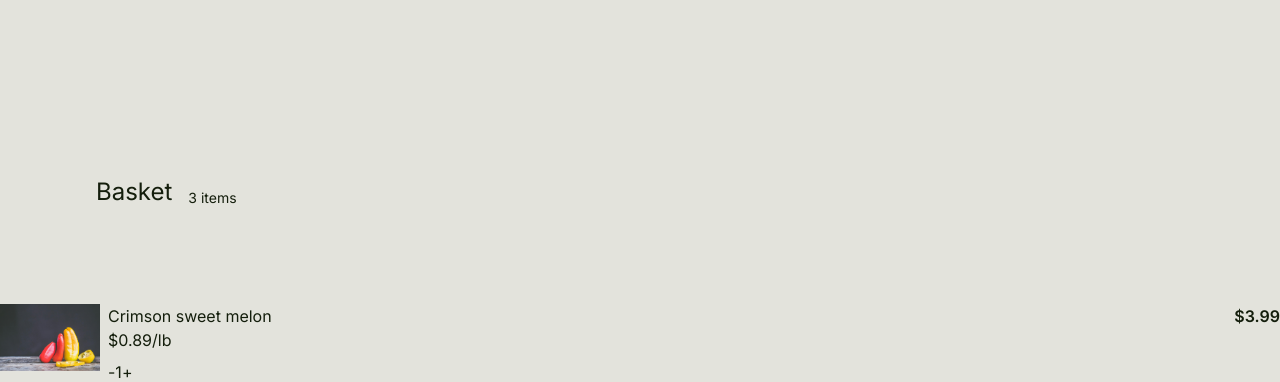
Repository: wswiselife/CSS
Page: / (app in figma-20240618/)
An editor plug-in stored every save of this project. The page is shown before and after the next save, followed by the edit.
The browser window is 1280 px wide. The pictures show the part of the page from y = 1280 to 1846 px (the page is 1662 px tall before and 1846 px after).
Some web fonts or font styles are not loaded; a fallback is used. The project was rebuilt for these pictures with package versions that can differ from the ones it lists, and the page was loaded fresh each time. The framework's server and built-in components were replaced by stand-ins that run in the browser. Also part of the build but not shown: figma-20240618/next.config.mjs, figma-20240618/app/components/navbar/UserItem.tsx.

Above is the page before, as saved 2024-06-19 07:04:32.

### figma-20240618/app/layout.tsx
import type { Metadata } from "next";
import { Inter } from "next/font/google";
import "./globals.css";

import Layout from "./components/Layout";

const inter = Inter({ subsets: ["latin"] });

export const metadata: Metadata = {
  title: "Figma hero clone",
  description: "Figma hero clone",
};

export default function RootLayout({
  children,
}: Readonly<{
  children: React.ReactNode;
}>) {
  return (
    <html lang="en">
      <body className={inter.className}>
        <Layout>
          {children}
        </Layout>
      </body>
    </html>
  );
}

### figma-20240618/app/page.tsx

import Basket from "./components/Basket";
import Hero from "./components/Hero";
import Navbar from "./components/navbar/Navbar";

export default function Home() {
  return (
   <>
     <Navbar />
     <div className="mt-20">
        <Hero />
     </div>
     <Basket />
   </>
  );
}

### figma-20240618/app/globals.css
@import url("https://fonts.googleapis.com/css2?family=Playwrite+US+Trad:wght@100..400&display=swap");

@tailwind base;
@tailwind components;
@tailwind utilities;

:root {
    --primary-color: #476730;

    --font-color: #141e0c;
    --bg-color: #e3e3dc;
}

html {
    color: var(--font-color);
    background-color: var(--bg-color);
}

@layer components {
    .hero-p {
        @apply font-serif text-3xl md:text-5xl lg:text-6xl;
    }

    .hero-span {
        @apply font-sans;
    }
}

### figma-20240618/app/components/Layout.tsx
interface LayoutProps {
    children: React.ReactNode
}

const Layout:React.FC<LayoutProps> = ({children})=>{
    return (
        <div className="h-screen w-screen ">
            <div className="h-full w-full">
                {children}
            </div>
        </div>
    )
}

export default Layout

### figma-20240618/app/components/Basket.tsx
'use client'

import BasketItem from "./BasketItem"
import Button from "./Button"
import Header from "./Header"

const Basket = ()=>{

    const operateContent = (
        <div className="flex justify-center items-center gap-4">
            <Button label="Default" onClick={()=>{}} ></Button>
            <Button label="A-Z" onClick={()=>{}} ></Button>
            <Button label="List view" onClick={()=>{}} ></Button>
        </div>
    )

    return(
        <div className="flex flex-col ">
            <Header title="Basket" desc="3 items"  />

            <div className="flex justify-center items-start">
                <BasketItem title="Crimson sweet melon" price="0.89" unit='lb' />
            </div>
        </div>
    )
}

export default Basket

### figma-20240618/app/components/Hero.tsx
'use client'

import Button from "./Button"

const Hero = ()=>{

    return(
        <div className="">

            {/* first path */}
            <div className="flex flex-col justify-center items-center">
                {/* title */}
                <div className="
                    flex
                    flex-col
                    items-center
                    gap-2
                    md:gap-4
                    lg:gap-8
                    py-12
                    md:py-20
                    lg:py-[121px]
                ">
                    <p className="hero-p">We're <span className="hero-span font-playwrite">farmers,purveyors,</span></p>
                    <p className="hero-p"> and <span className="hero-span font-playwrite">eaters </span>of originically</p>
                    <p className="hero-p">grown food.</p>
                </div>

                <Button label="Browse our shop" onClick={()=>{}} />
            </div>

            {/* image path */}
            <div className="flex flex-row flex-wrap justify-center items-center gap-16 py-20 ">

                <img
                    src="/images/photo4.jpg"
                    alt="photo"
                    className="
                        w-[420px]
                        h-[450px]
                        md:w-[300px]
                        md:h-[380px]
                        lg:w-[400px]
                        lg:h-[580px]
                        rounded-lg
                        object-cover
                "/>

                <div className="
                    relative
                    w-[420px]
                    h-[450px]
                    md:w-[380px]
                    md:h-[300px]
                    lg:w-[520px]
                    lg:h-[400px]
                ">
                    <img
                        src="/images/photo5.jpg"
                        alt="photo"
                        className="
                            rounded-lg
                            object-cover
                        "
                    />
                    <div className="text-sm py-4 md:text-base">

                        <p className="lg:max-w-520px md:max-w-380px max-w-420px">
                            <span className="font-semibold">Central California </span>
                            — The person who grew these was located in Central California and, er, hopefully very well-compensated.
                        </p>
                    </div>
                </div>
            </div>
        </div>
    )
}

export default Hero

### figma-20240618/app/components/navbar/Navbar.tsx
import Logo from './Logo'
import Usermenu from './Usermenu'

const Navbar = ()=>{
    return (
        <div className='fixed top-0 w-full bg-[var(--bg-color)]'>
            <div className="
                flex
                justify-between
                items-center
                px-8
                py-4
                md:px-12
                md:py-8
                lg:px-[111px]
                lg:py-[32px]

            ">
                <Logo />
                <Usermenu />
            </div>
        </div>
    )
}

export default Navbar

### figma-20240618/app/components/BasketItem.tsx
import Image from "next/image";
import { useState } from "react";

interface BasketItemProps {
    title:string;
    price?:string;
    cover?:string;
    unit?:string;
}

const BasketItem:React.FC<BasketItemProps> = ({
    title,
    price,
    cover,
    unit
})=>{

    const [count,setCount] = useState(1)

    return(
        <div className="
            flex
            flex-row
            gap-2
            w-full
        ">
            <div>
                <Image
                    width={100}
                    height={90}
                    alt="photo"
                    src={'/image/photo1.jpg'}
                />
            </div>
            <div className="flex flex-1 flex-col gap-2">

                {/* desc */}
                <div className="flex flex-row justify-between items-start">
                    <div className="flex-1">
                        <p>{title}</p>
                        <p>${price}/{unit}</p>
                    </div>
                    <div className="font-semibold">${3.99}</div>
                </div>

                {/* count */}
                <div className="flex">
                    <span>-</span>
                    <span>{count}</span>
                    <span>+</span>
                </div>

            </div>
        </div>
    )
}

export default BasketItem

### figma-20240618/app/components/Button.tsx
'use client'

import { IconType } from "react-icons";

interface ButtonProps {
    label: string;
    onClick:()=>void
    secondry?:boolean
    disabled?:boolean
    icon?:IconType
}

const Button:React.FC<ButtonProps> = ({
    label,
    onClick,
    secondry,
    disabled,
    icon:Icon
})=>{
    return (
        <button
            onClick={onClick}
            disabled={disabled}
            className={`
                flex
                flex-row
                items-center
                gap-3
                px-6
                py-3
                font-semibold
                disabled:opacity-70
                disabled:cursor-not-allowed
                hover:opacity-80
                ${secondry?'rounded':'rounded-full'}
                ${secondry?'bg-white':'bg-green-800'}
                ${secondry?'text-black':'text-white '}

        `}>
            {label}
            {
                Icon && (<Icon size={20} ></Icon>)
            }
        </button>
    )
}

export default Button

### figma-20240618/app/components/Header.tsx
'use client'
import { ReactNode } from "react";

interface HeaderProps {
    title:string;
    desc?:string;
    operate?:ReactNode
}

const Header:React.FC<HeaderProps> = ({
    title,
    desc,
    operate
})=>{
    return(
        <div className="
            w-full
            flex
            flex-row
            justify-between
            items-center
            p-8
            md:p-16
            lg:p-24
        ">
            {/* header */}
            <div className="
                flex
                items-end
                gap-4

            ">
                <div className="text-2xl flex justify-end items-end">{title}</div>
                <div className="text-sm">{desc}</div>
            </div>

            {/* operate */}
            <div >
                {operate}
            </div>
        </div>
    )
}

export default Header

### figma-20240618/app/components/navbar/Logo.tsx

const Logo = ()=>{
    return(
        <div className="text-xl lg:text-3xl font-bold cursor-pointer">World Peas</div>
    )
}

export default Logo

### figma-20240618/app/components/navbar/Usermenu.tsx
'use client'

import { FiShoppingBag } from "react-icons/fi";
import { IoAppsOutline } from "react-icons/io5";

import useUserMenuModal from "../../hooks/useUserMenu";
import UserItem from "./UserItem";
import Button from "../Button";

const Usermenu = ()=>{

    const userMenuModal = useUserMenuModal()

    const onToggle = ()=>{
        userMenuModal.isOpen?userMenuModal.onClose():userMenuModal.onOpen()
    }

    return(
        <div className="
            flex
            items-center
            gap-4
            md:gap-4
        ">

            {/* desktop */}
            <div className="
                md:flex
                flex-row
                justify-between
                items-center
                md:gap-3
                hidden

            ">
                <div className="p-4 font-semibold text-xl">Shop</div>
                <div className="p-4 font-semibold text-xl">Newstand</div>
                <div className="p-4 font-semibold text-xl">Who we are</div>
            </div>

            {/* basket */}
            <Button label="Basket" onClick={()=>{}} icon={FiShoppingBag} />

            {/* mobile */}
            <div
                onClick={onToggle}
                className="
                    flex
                    justify-center
                    items-center
                    relative
                    p-4
                    cursor-pointer
                    transition
                    md:hidden
            ">
                <IoAppsOutline size={22} />

                {/* menu */}
                {
                    userMenuModal.isOpen && (
                        <div className="
                            absolute
                            top-16
                            right-0
                            w-80
                            bg-white
                            rounded-md
                            transition
                        ">
                            <UserItem onClick={() =>{}} label="shop"/>
                            <UserItem onClick={() =>{}} label="newstand"/>
                            <UserItem onClick={() =>{}} label="who we are"/>
                        </div>
                    )
                }

            </div>


        </div>
    )
}

export default Usermenu

### figma-20240618/app/hooks/useUserMenu.ts
import { create } from "zustand";

interface UserMenuStore {
    isOpen: boolean;
    onOpen: () => void;
    onClose: () => void;
}

const useUserMenuModal = create<UserMenuStore>(set => ({
    isOpen: false,
    onOpen: () => set({ isOpen: true }),
    onClose: () => set({ isOpen: false }),
}));

export default useUserMenuModal;

### figma-20240618/tailwind.config.ts
import type { Config } from "tailwindcss";

const config: Config = {
    content: [
        "./pages/**/*.{js,ts,jsx,tsx,mdx}",
        "./components/**/*.{js,ts,jsx,tsx,mdx}",
        "./app/**/*.{js,ts,jsx,tsx,mdx}",
    ],
    theme: {
        extend: {
            backgroundImage: {
                "gradient-radial": "radial-gradient(var(--tw-gradient-stops))",
                "gradient-conic":
                    "conic-gradient(from 180deg at 50% 50%, var(--tw-gradient-stops))",
            },
            fontFamily: {
                playwrite: ['"Playwrite US Trad"', "cursive"],
            },
        },
    },
    plugins: [],
};
export default config;

After the next save:
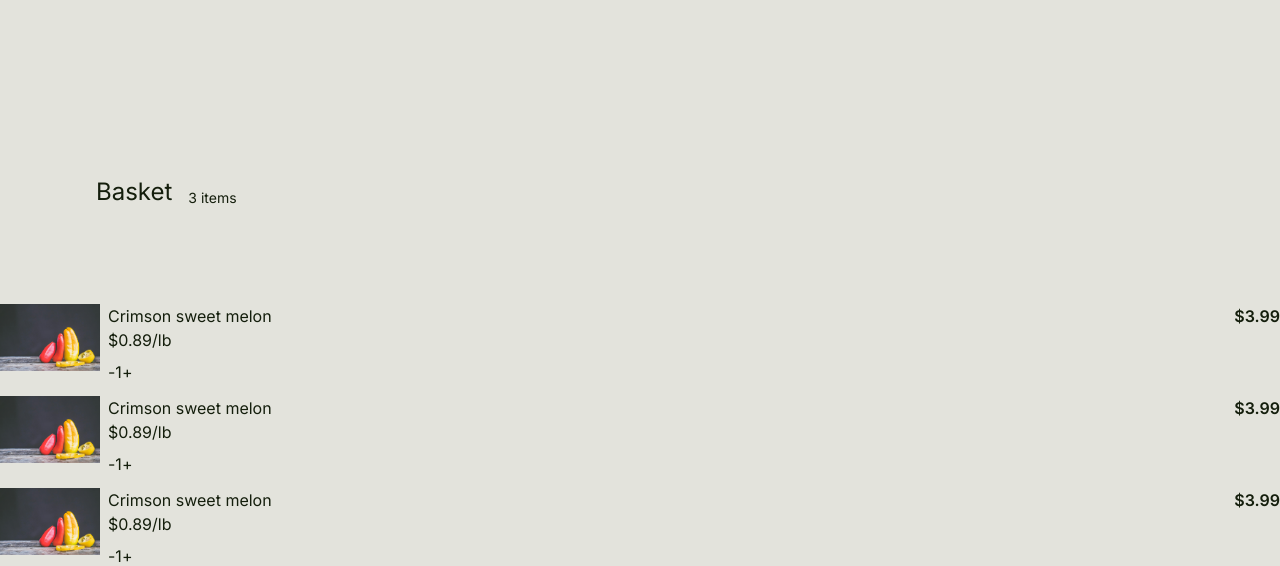
Saved 2 min 24 s later.
--- a/figma-20240618/app/components/Basket.tsx
+++ b/figma-20240618/app/components/Basket.tsx
@@ -19,7 +19,20 @@
             <Header title="Basket" desc="3 items"  />
 
             <div className="flex justify-center items-start">
-                <BasketItem title="Crimson sweet melon" price="0.89" unit='lb' />
+                {/* basket */}
+                <div className="
+                    flex
+                    flex-1
+                    flex-col
+                    gap-3
+                    items-center
+                ">
+                    <BasketItem title="Crimson sweet melon" price="0.89" unit='lb' />
+                    <BasketItem title="Crimson sweet melon" price="0.89" unit='lb' />
+                    <BasketItem title="Crimson sweet melon" price="0.89" unit='lb' />
+                </div>
+
+                {/*  */}
             </div>
         </div>
     )
